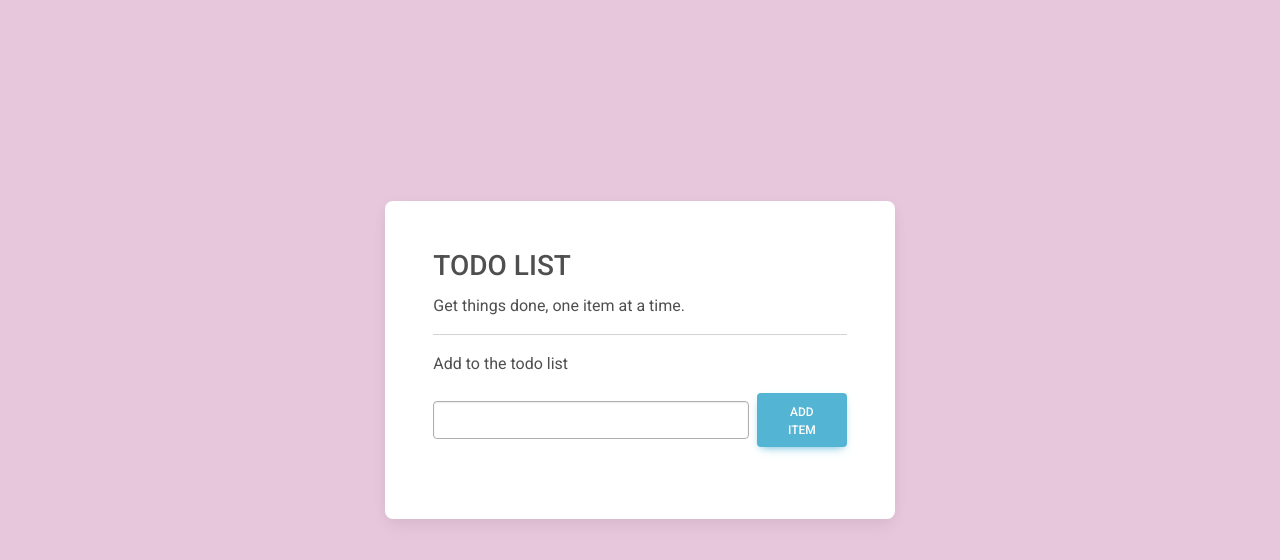
Repository: TinhTT336/MD02_HACKATHON01_HN_JV230620_BS_TranThiTinh_Basic
Page: /
These files come from the project's save history. The page is drawn as it stood at one moment and after the next save; the edit follows.
The browser window is 1280 px wide. The pictures show the whole page.
Some web libraries are served in a nearby version. The project was rebuilt for these pictures with package versions that can differ from the ones it lists, and the page was loaded fresh each time. Also part of the build but not shown: vite.config.js, src/App.css.

Above is the page before, as saved 2023-09-05 11:08:13.

### index.html
<!DOCTYPE html>
<html lang="en">
  <head>
    <meta charset="UTF-8" />
    <link rel="icon" type="image/svg+xml" href="/vite.svg" />
    <meta name="viewport" content="width=device-width, initial-scale=1.0" />
    <title>Vite + React</title>
    <link
      href="https://cdnjs.cloudflare.com/ajax/libs/font-awesome/6.0.0/css/all.min.css"
      rel="stylesheet"
    />
    <link
      href="https://fonts.googleapis.com/css?family=Roboto:300,400,500,700&display=swap"
      rel="stylesheet"
    />
    <link
      href="https://cdnjs.cloudflare.com/ajax/libs/mdb-ui-kit/6.2.0/mdb.min.css"
      rel="stylesheet"
    />
  </head>
  <body>
    <div id="root"></div>
    <script type="module" src="/src/main.jsx"></script>
  </body>
</html>

### src/App.jsx
import { useState } from 'react'
import './App.css'
import TodoList from './TodoList/todoList'

function App() {
  const [count, setCount] = useState(0)

  return (
    <>
      <TodoList />
    </>
  )
}

export default App

### src/index.css
/* :root {
  font-family: Inter, system-ui, Avenir, Helvetica, Arial, sans-serif;
  line-height: 1.5;
  font-weight: 400;

  color-scheme: light dark;
  color: rgba(255, 255, 255, 0.87);
  background-color: #242424;

  font-synthesis: none;
  text-rendering: optimizeLegibility;
  -webkit-font-smoothing: antialiased;
  -moz-osx-font-smoothing: grayscale;
  -webkit-text-size-adjust: 100%;
}

a {
  font-weight: 500;
  color: #646cff;
  text-decoration: inherit;
}
a:hover {
  color: #535bf2;
}

body {
  margin: 0;
  display: flex;
  place-items: center;
  min-width: 320px;
  min-height: 100vh;
}

h1 {
  font-size: 3.2em;
  line-height: 1.1;
}

button {
  border-radius: 8px;
  border: 1px solid transparent;
  padding: 0.6em 1.2em;
  font-size: 1em;
  font-weight: 500;
  font-family: inherit;
  background-color: #1a1a1a;
  cursor: pointer;
  transition: border-color 0.25s;
}
button:hover {
  border-color: #646cff;
}
button:focus,
button:focus-visible {
  outline: 4px auto -webkit-focus-ring-color;
}

@media (prefers-color-scheme: light) {
  :root {
    color: #213547;
    background-color: #ffffff;
  }
  a:hover {
    color: #747bff;
  }
  button {
    background-color: #f9f9f9;
  }
} */
body {
  background-color: #e6c7db !important;
}
.vh-100 {
  width: 50% !important;
  margin: 0 auto !important;
}

### src/TodoList/todoList.jsx
import React, { useRef, useState } from 'react'

export default function TodoList() {
    const [input, setInput] = useState("");
    const [todos, setTodos] = useState(() => {
        const list = JSON.parse(localStorage.getItem("todos")) || [];
        return list;
    });
    const inputRef = useRef();
    const [idEdit, setIdEdit] = useState(null);
    // ham them submit
    const handleSubmit = (e) => {
        e.preventDefault();
        if (input !== "") {
            const newTodo = {
                id: Date.now(),
                title: input,
                status: false,
            }
            const newList = [...todos, newTodo];
            setTodos(newList);
            localStorage.setItem("todos", JSON.stringify(newList));
            setInput("");
            inputRef.current.focus();
        }
        if (idEdit !== -1) {
            const newList = todos.map(t => t.id === idEdit ? (t = { ...t, title: input }) : (t = { ...t }));
            setTodos(newList);
            localStorage.setItem("todos", JSON.stringify(newList));
            inputRef.current.focus();
        }
    }
    // ham xoa
    const handleDelete = (id) => {
        const newList = todos.filter(t => t.id !== id);
        setTodos(newList);
        localStorage.setItem("todos", JSON.stringify(newList));
        inputRef.current.focus();
    }
    // ham sua
    const handleEdit = (id) => {
        const todoEdit = todos.find(t => t.id === id);
        setInput(todoEdit.title);
        setIdEdit(id);
        inputRef.current.focus();
    }
    // ham check
    const handleCheck = (id) => {
        const newList = todos.map(t => t.id === id ? (t = { ...t, status: !t.status }) : (t = { ...t }));
        setTodos(newList);
        localStorage.setItem("todos", JSON.stringify(newList));
        inputRef.current.focus();
    }
    return (
        <div>
            <section className="vh-100 gradient-custom">
                <div className="container py-5 h-100">
                    <div
                        className="row d-flex justify-content-center align-items-center
              h-100"
                    >
                        <div className="col col-xl-10">
                            <div className="card">
                                <div className="card-body p-5">
                                    <h3 style={{ marginBottom: 10 }}>
                                        TODO LIST
                                    </h3>
                                    <p>Get things done, one item at a time.</p>
                                    <hr></hr>
                                    {/* Tabs content */}
                                    <div className="tab-content">
                                        <div className="tab-pane fade show active">
                                            <ul className="list-group mb-0">
                                                {todos.map(t => (
                                                    <li key={t.id}
                                                        className="list-group-item d-flex
                                          align-items-center border-0 mb-2
                                          rounded justify-content-between"
                                                        style={{ backgroundColor: "#f4f6f7" }}
                                                    >
                                                        {t.status === true ? (<s>{t.title}</s>) : (<span>{t.title}</span>)}
                                                        <div>
                                                            <input
                                                                className="form-check-input me-2"
                                                                type="checkbox" checked={t.status === true} onChange={() => handleCheck(t.id)}
                                                            />
                                                            <a className="text-info" title="Sửa công việc" onClick={() => handleEdit(t.id)}>
                                                                <i
                                                                    className="fas
                                                      fa-pencil-alt
                                                      me-3"
                                                                />
                                                            </a>
                                                            <a onClick={() => handleDelete(t.id)}
                                                                className="text-danger"
                                                                title="Xóa công việc"
                                                            >
                                                                <i
                                                                    className="fas
                                                      fa-trash-alt"
                                                                />
                                                            </a>
                                                        </div>
                                                    </li>
                                                ))}
                                            </ul>
                                            <div className="tab-content">
                                                <p>Add to the todo list</p>
                                                <form onSubmit={handleSubmit}
                                                    className="d-flex justify-content-center
                              align-items-center mb-4"
                                                >
                                                    <div className="form-outline flex-fill">
                                                        <input type="text" id="form2" className="form-control" style={{ border: "1px solid #afafaf" }} value={input} onChange={(e) => setInput(e.target.value)} ref={inputRef} />
                                                        {/* <label className="form-label" htmlFor="form2">
                                                            ADD ITEM
                                                        </label> */}
                                                    </div>
                                                    <button
                                                        type="submit"
                                                        className="btn btn-info
                                  ms-2"
                                                    >
                                                        ADD ITEM
                                                    </button>
                                                </form>
                                            </div>
                                        </div>
                                    </div>
                                    {/* Tabs content */}
                                </div>
                            </div>
                        </div>
                    </div>
                </div>
            </section >

        </div >
    )
}

Loaded but not shown: src/main.jsx (common file)

After the next save:
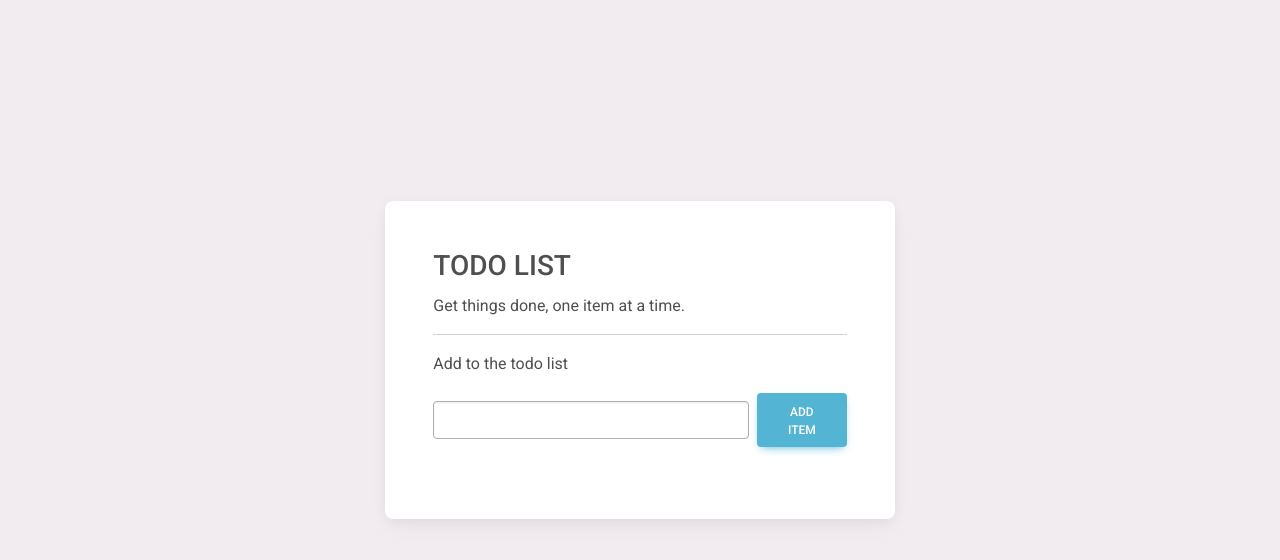
Saved 14 s later.
--- a/src/index.css
+++ b/src/index.css
@@ -68,7 +68,7 @@ button:focus-visible {
   }
 } */
 body {
-  background-color: #e6c7db !important;
+  background-color: #f2ebef !important;
 }
 .vh-100 {
   width: 50% !important;
